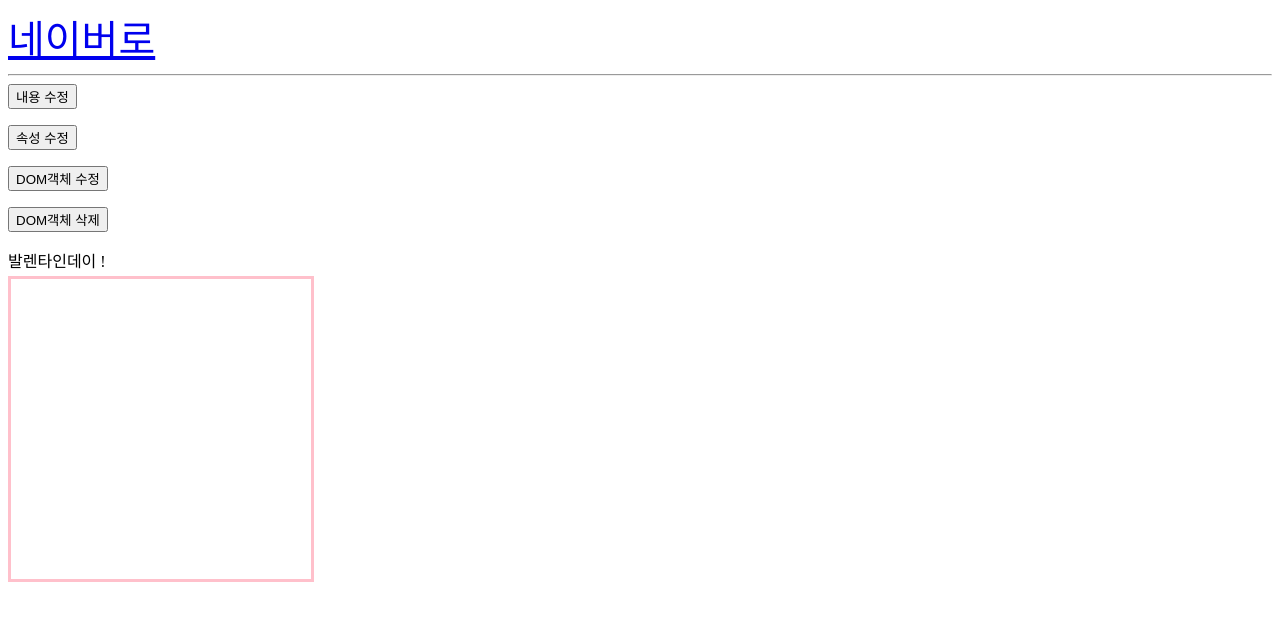
Repository: AgentHyun/FishDalle3
Page: Feb14_1_jQuery/WebContent/1_DOM.html
The author's editor kept a copy of each file at every save. The page is drawn from the files as they stood at one save, then again after the next save.
The browser window is 1280 px wide. The pictures show the whole page.
After loading, the first visible `#b3` was clicked once.

Above is the page before, as saved 2025-02-14 01:15:47.

### Feb14_1_jQuery/WebContent/1_DOM.html
<!DOCTYPE html>
<html>
<head>
<meta charset="UTF-8">
<title>Insert title here</title>
<style type = "text/css">
 .t2{font-size : 30pt;}
 #t{background-color:pink; color : lightblue;}
 div {border : pink solid 3px; width : 300px; height : 300px;}

</style>
<script type = "text/javascript" src = "jQuery.js"></script>
<script type = "text/javascript">
$(function(){

	$("#b1").click(function()
			{
		alert('asdf');
		$("a").text("유튜브로");

		//text()의 소괄호 안에 값을 넣지 않으면
		//기존의 값을 가져오게 됨

		let t = $("a").text();

			});


		//$("a").html("<b>유튜브로</b>");
//		$("a").text("<b>유튜브로</b>");
//        <b>를 텍스트로 인식!

		//.html() 사용하면 새로운 html요소로 변경할 수 있음






	$("#b2").click(function(){


          $("a").attr("href", "https://www.youtube.com");


          // 이 a태그에 css를 주고 싶은데 a태그가 많다면
          // id도 부여할  수 있음
          $("a").attr("id", "t");

          // 속성 지우기
          $("a").removeAttr("class");



	});

     $("#b3").click(function()
    {

    	 //$("css선택자") : 있는 것을 선택
    	 // $("DOM객체") :  DOM 객체 생성
    	 //marquee DOM객체 추가하기

    	 let m = $("<marquee></marquee>").text("발렌타인데이 !");

    	 // behavior : 스크롤 방식 설정
    	 //    scroll : 한쪽 방향으로만 진행 (기본값)
    	 //    alternate : 왕복
    	 m.attr("behavior", "alternate");

    	 // direction : 스크롤방향 설정
    	 //    left(기본값), right, up, down

    	 m.attr("direction", "right");

    	 //요소 추가하기
    	 //기존 요소의 내부에 추가 - append, prepend
    	 $("div").before(m);
    	 //$("div").prepend(m);


    	 //기존 요소의 외부에 추가







    }


     )










});




</script>
</head>
<body>

<a href = "https://www.naver.com" class = "t2">네이버로</a>
<hr>
<button id = "b1">내용 수정</button> <p>
<button id = "b2">속성 수정</button> <p>
<button id = "b3">DOM객체 수정</button> <p>
<button id = "b4">DOM객체 삭제</button> <p>
<div>




</div>

</body>
</html>

Loaded but not shown: Feb14_1_jQuery/WebContent/jQuery.js (library)

After the next save:
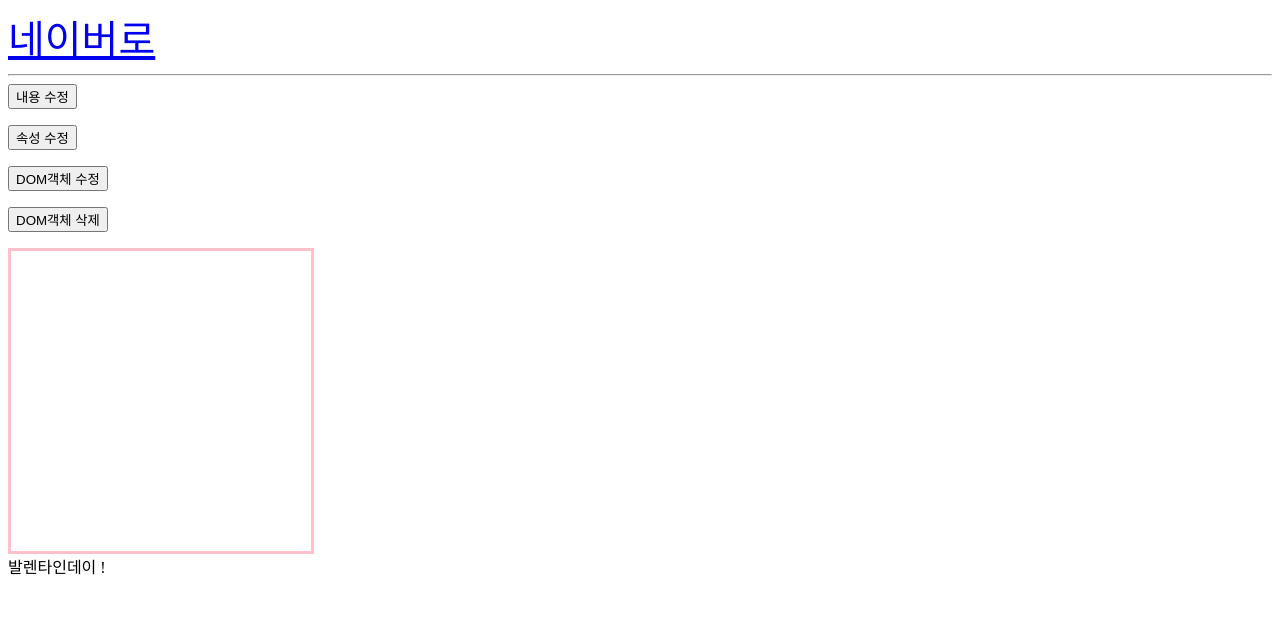
Saved 61 s later.
--- a/Feb14_1_jQuery/WebContent/1_DOM.html
+++ b/Feb14_1_jQuery/WebContent/1_DOM.html
@@ -75,7 +75,7 @@ $(function(){
 
     	 //요소 추가하기
     	 //기존 요소의 내부에 추가 - append, prepend
-    	 $("div").before(m);
+    	 $("div").after(m);
     	 //$("div").prepend(m);
 
 
